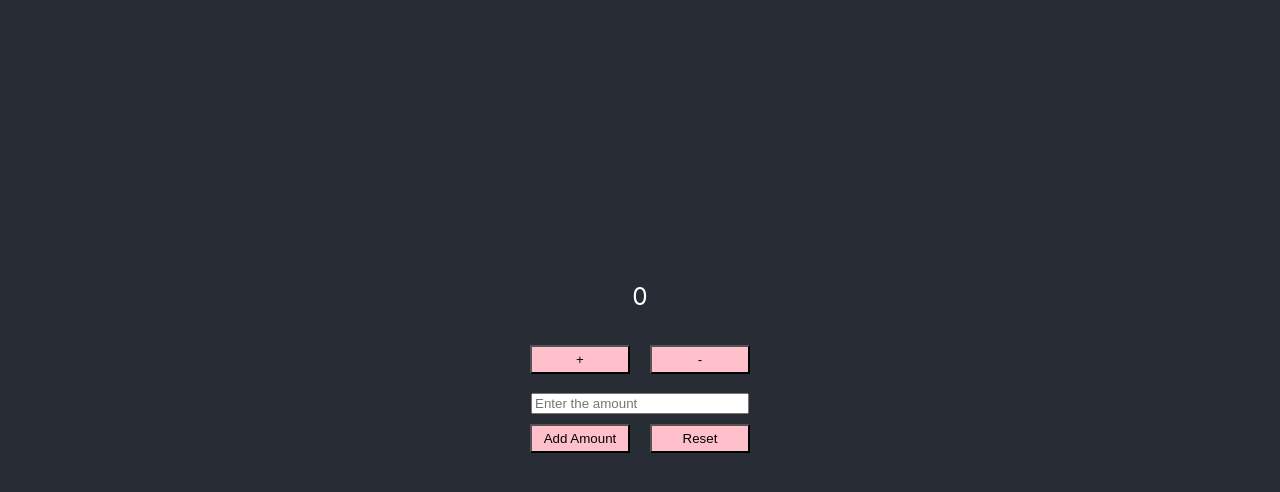
Repository: mahsa199170/React-Redux-Projects
Page: / (app in counter-app-redux-toolkit/)
An editor plug-in stored every save of this project. The page is shown before and after the next save, followed by the edit.
The browser window is 1280 px wide. The pictures show the whole page.
The project was rebuilt for these pictures with package versions that can differ from the ones it lists, and the page was loaded fresh each time.

Above is the page before, as saved 2024-10-28 15:18:48.

After the next save:
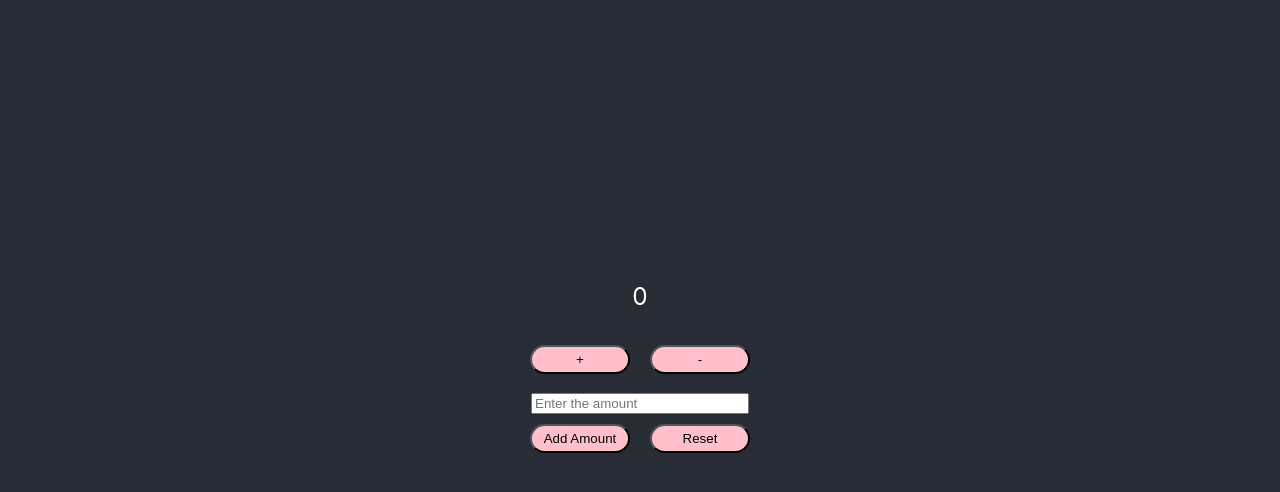
Saved 12 s later.
--- a/counter-app-redux-toolkit/src/components/counter/Counter.scss
+++ b/counter-app-redux-toolkit/src/components/counter/Counter.scss
@@ -3,6 +3,7 @@
   padding: 5px;
   margin: 10px;
   width: 100px;
+  border-radius: 50px;
 }
 
 input {
